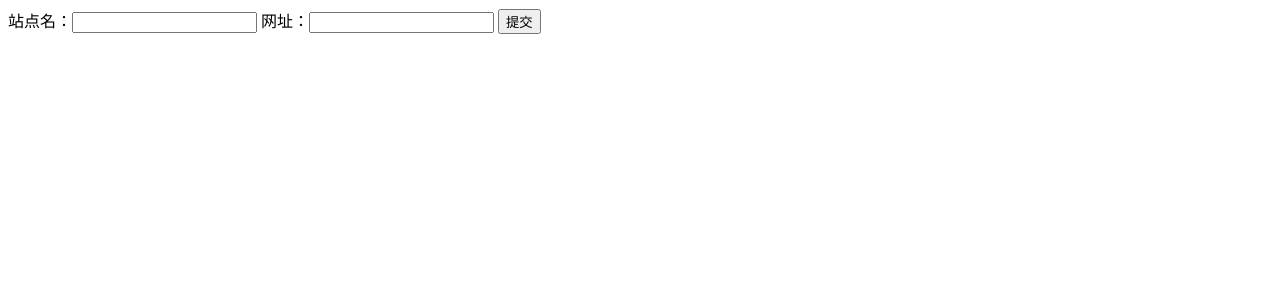
Repository: Nicoleqwerty/2018-
Page: web/day4/WebContent/Cookie/Home.html
These files come from the project's save history. The page is drawn as it stood at one moment and after the next save; the edit follows.
The browser window is 1280 px wide. The pictures show the whole page.

Above is the page before, as saved 2018-07-04 03:38:50.

After the next save:
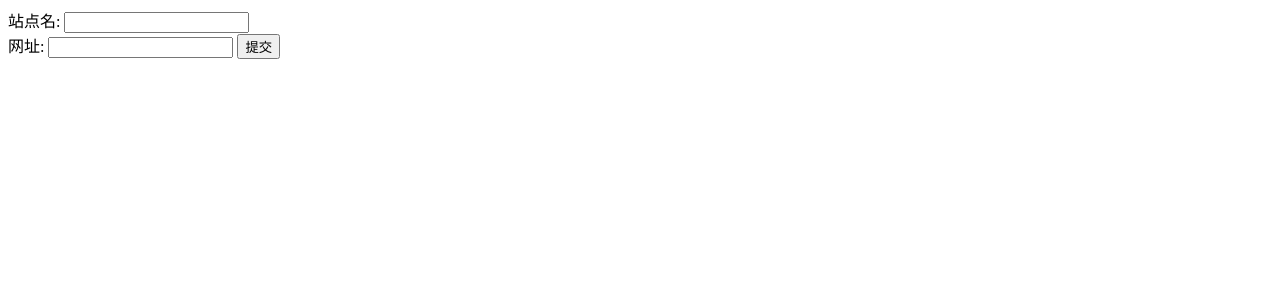
Saved 82 s later.
--- a/web/day4/WebContent/Cookie/Home.html
+++ b/web/day4/WebContent/Cookie/Home.html
@@ -1,14 +1,17 @@
 <!DOCTYPE html>
 <html>
 <head>
-<meta charset="UTF-8">
-<title>Home</title>
+<meta charset="utf-8">
+<title>菜鸟教程(runoob.com)</title>
 </head>
 <body>
+
 <form action="main.jsp" method=GET>
-站点名：<input type="text" name="name">
-网址：<input type="text" name="url">
-<input type="submit" value="提交" >
+站点名: <input type="text" name="name">
+<br />
+网址: <input type="text" name="url" />
+<input type="submit" value="提交" />
 </form>
+
 </body>
 </html>
